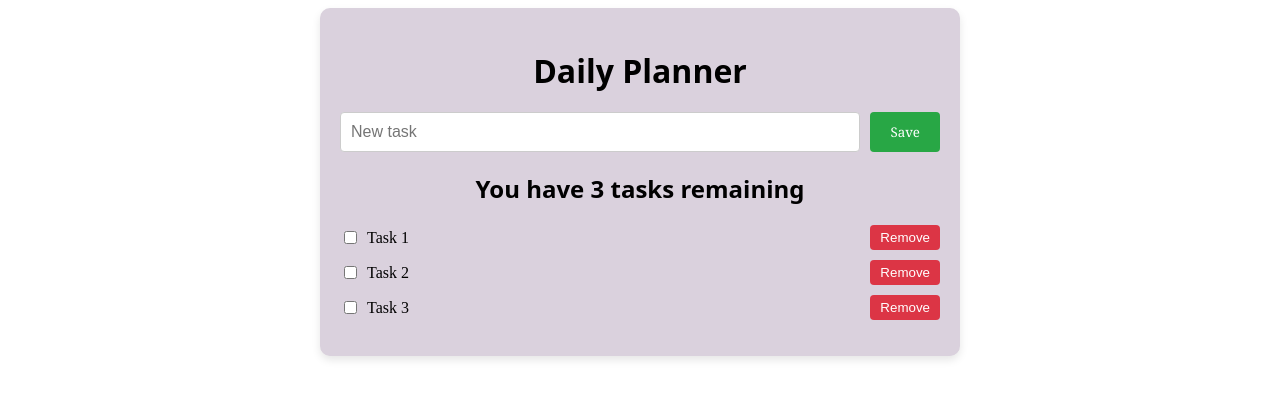
Repository: k8ANStar/lab04-daily-planner
Page: /
These files come from the project's save history. The page is drawn as it stood at one moment and after a run of saves; the edit follows.
The browser window is 1280 px wide. The pictures show the whole page.
The project was rebuilt for these pictures with package versions that can differ from the ones it lists, and the page was loaded fresh each time. Also part of the build but not shown: vite.config.js.

Above is the page before, as saved 2024-10-13 12:39:38.

### src/App.jsx
import React from "react";
import DailyPlanner from "./components/DailyPlanner";
import "./App.css";

function App() {
	return (
		<div>
			<DailyPlanner />
		</div>
	);
}

export default App;

### src/components/DailyPlanner.jsx
import React, { useState } from "react";
import TaskForm from "./TaskForm";
import TaskList from "./TaskList";

const DailyPlanner = () => {
	const initialTasks = [
		{ id: 1, name: "Task 1", completed: false },
		{ id: 2, name: "Task 2", completed: false },
		{ id: 3, name: "Task 3", completed: false },
	];

	const [tasks, setTasks] = useState(initialTasks);

	const addTask = (taskName) => {
		const newTask = {
			id: tasks.length + 1,
			name: taskName,
			completed: false,
		};
		setTasks([...tasks, newTask]);
	};

	const removeTask = (id) => {
		setTasks(tasks.filter((task) => task.id !== id));
	};

	const handleCheck = (id) => {
		setTasks(
			tasks.map((task) =>
				task.id === id ? { ...task, completed: !task.completed } : task
			)
		);
	};

	const remainingTasks = tasks.filter((task) => !task.completed).length;

	return (
		<div className="planner-container">
			<h1>Daily Planner</h1>
			<TaskForm addTask={addTask} />
			<h2>You have {remainingTasks} tasks remaining</h2>
			<TaskList
				tasks={tasks}
				handleCheck={handleCheck}
				removeTask={removeTask}
			/>
		</div>
	);
};

export default DailyPlanner;

### src/App.css
.planner-container {
	max-width: 600px;
	margin: 0 auto;
	padding: 20px;
	background-color: #dad1dd;
	border-radius: 10px;
	box-shadow: 0 4px 8px rgba(0, 0, 0, 0.1);
}

h1,
h2 {
	text-align: center;
	margin-bottom: 20px;
	font-family: system-ui, -apple-system, BlinkMacSystemFont, "Segoe UI", Roboto,
		Oxygen, Ubuntu, Cantarell, "Open Sans", "Helvetica Neue", sans-serif;
}

.task-form {
	display: flex;
	justify-content: space-between;
	margin-bottom: 20px;
}

.task-input {
	flex-grow: 1;
	padding: 10px;
	font-size: 16px;
	border-radius: 4px;
	border: 1px solid #ccc;
	margin-right: 10px;
}

.save-btn {
	padding: 10px 20px;
	background-color: #28a745;
	color: white;
	border: none;
	border-radius: 4px;
	cursor: pointer;
	font-family: Georgia, 'Times New Roman', Times, serif;
}

.save-btn:hover {
	background-color: #218838;
}

.task-list {
	list-style: none;
	padding: 0;
}

.task-item {
	display: flex;
	align-items: center;
	justify-content: space-between;
	margin-bottom: 10px;
}

.task-checkbox {
	margin-right: 10px;
}

.task-name {
	flex-grow: 1;
}

.task-name.completed {
	text-decoration: line-through;
	color: #6c757d;
}

.remove-btn {
	padding: 5px 10px;
	background-color: #dc3545;
	color: white;
	border: none;
	border-radius: 4px;
	cursor: pointer;
}

.remove-btn:hover {
	background-color: #c82333;
}

### src/components/TaskForm.jsx
import React, { useState } from "react";

const TaskForm = ({ addTask }) => {
	const [taskName, setTaskName] = useState("");

	const handleSubmit = (e) => {
		e.preventDefault();
		if (taskName.trim()) {
			addTask(taskName);
			setTaskName("");
		}
	};

	return (
		<form onSubmit={handleSubmit} className="task-form">
			<input
				type="text"
				value={taskName}
				onChange={(e) => setTaskName(e.target.value)}
				placeholder="New task"
				className="task-input"
			/>
			<button type="submit" className="save-btn">
				Save
			</button>
		</form>
	);
};

export default TaskForm;

### src/components/TaskList.jsx
import React from "react";
import Task from "./Tasks";

const TaskList = ({ tasks, handleCheck, removeTask }) => {
	return (
		<ul className="task-list">
			{tasks.map((task) => (
				<Task
					key={task.id}
					task={task}
					handleCheck={handleCheck}
					removeTask={removeTask}
				/>
			))}
		</ul>
	);
};

export default TaskList;

### src/components/Tasks.jsx
import React from "react";

const Task = ({ task, handleCheck, removeTask }) => {
	return (
		<li className="task-item">
			<input
				type="checkbox"
				checked={task.completed}
				onChange={() => handleCheck(task.id)}
				className="task-checkbox"
			/>
			<span className={task.completed ? "task-name completed" : "task-name"}>
				{task.name}
			</span>
			<button onClick={() => removeTask(task.id)} className="remove-btn">
				Remove
			</button>
		</li>
	);
};

export default Task;

Loaded but not shown: index.html (common file); src/main.jsx (common file); src/index.css (common file)

After the next 5 saves:
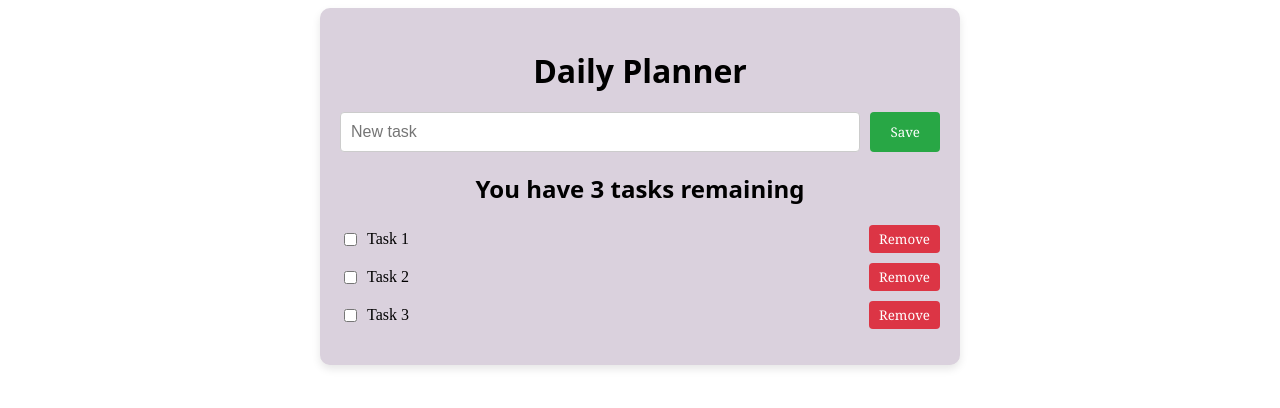
The 5 saves are shown as one change because they came seconds apart.
The last was saved 19 s later.
--- a/src/App.css
+++ b/src/App.css
@@ -37,7 +37,7 @@ h2 {
 	border: none;
 	border-radius: 4px;
 	cursor: pointer;
-	font-family: Georgia, 'Times New Roman', Times, serif;
+	font-family: Georgia, "Times New Roman", Times, serif;
 }
 
 .save-btn:hover {
@@ -76,6 +76,7 @@ h2 {
 	border: none;
 	border-radius: 4px;
 	cursor: pointer;
+	font-family: Georgia, "Times New Roman", Times, serif;
 }
 
 .remove-btn:hover {
